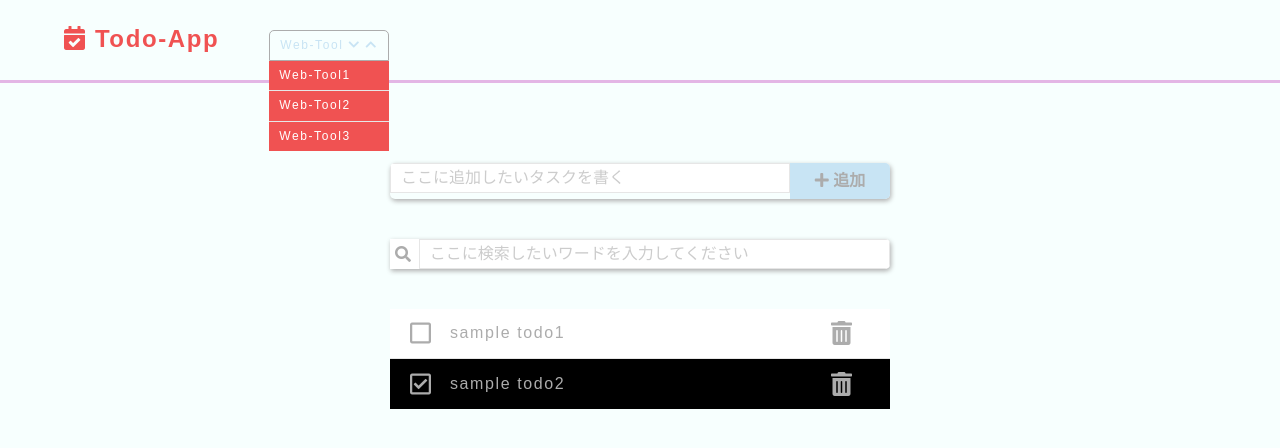
Repository: Hiroshii-m/todo_vue
Page: index.html
An editor plug-in stored every save of this project. The page is shown before and after the next save, followed by the edit.
The browser window is 1280 px wide. The pictures show the whole page.
The style sheet was rebuilt from its Sass, Less or Tailwind sources for each picture, by a compiler version that may differ from the author's.

Above is the page before, as saved 2021-06-26 21:23:10.

### index.html
<!DOCTYPE html>
<html lang="ja">
<head>
    <meta charset="UTF-8">
    <meta http-equiv="X-UA-Compatible" content="IE=edge">
    <meta name="viewport" content="width=device-width, initial-scale=1.0">
    <link rel="stylesheet" href="node_modules/@fortawesome/fontawesome-free/css/all.css">
    <link rel="stylesheet" href="dist/css/style.css">
    <title>TODO APP Vue</title>
</head>
<body class="u-bgColor-base">

    <!-- header -->
    <header id="l-header" class="u-border-bottom">
        <div class="c-header">
            <h2 class="c-header__home">
                <i class="fas fa-calendar-check"></i>
                <a class="c-header__text" href="">Todo-App</a>
            </h2>
            <h3 class="c-header__other">
                <div class="c-header__menu active">
                    Web-Tool
                    <i class="fas fa-chevron-down"></i>
                    <i class="fas fa-chevron-up"></i>
                </div>
                <ul class="c-header__subitem active">
                    <li class="c-header__item">
                        <a href="">Web-Tool1</a>
                    </li>
                    <li class="c-header__item">
                        <a href="">Web-Tool2</a>
                    </li>
                    <li class="c-header__item">
                        <a href="">Web-Tool3</a>
                    </li>
                </ul>
            </h3>
        </div>
    </header><!-- /header -->

    <!-- main -->
    <section id="l-main">
        <div class="c-main">
            <div id="l-addTask">
                <div class="c-addTask">
                    <input type="text" class="c-addTask__input" placeholder="ここに追加したいタスクを書く">
                    <button class="c-addTask__add">
                        <i class="fas fa-plus"></i>
                        追加
                    </button>
                </div>
            </div>
            <div id="l-search">
                <div class="c-search">
                    <i class="fas fa-search c-search__icon"></i>
                    <input type="text" class="c-search__input" placeholder="ここに検索したいワードを入力してください">
                </div>
            </div>
            <div id="l-list">
                <ul class="c-list">
                    <li class="c-list__item">
                        <i class="far fa-square c-list__icon"></i>
                        <span class="c-list__text">sample todo1</span>
                        <i class="fas fa-trash-alt c-list__icon"></i>
                    </li>
                    <li class="c-list__item c-list__item--done">
                        <i class="far fa-check-square c-list__icon"></i>
                        <span class="c-list__text">sample todo2</span>
                        <i class="fas fa-trash-alt c-list__icon"></i>
                    </li>
                </ul>
            </div>
        </div>
    </section><!-- /main -->

</body>
</html>

### src/scss/style.scss

// ======================================
// foundation
// ======================================
@use 'foundation/reset';
@use 'foundation/variables';
@use 'foundation/base';
// ======================================
// layout
// ======================================
#l-header {
    width: 100%;
}
#l-main {
    padding: 80px;
}
#l-addTask {
    margin-bottom: var(--space_3l);
}
#l-search {
    margin-bottom: var(--space_3l);
}
// ======================================
// object
// ======================================
// Component
// **************************************
.c-header {
    width: 90%;
    height: 80px;
    margin: 0 auto;
    display: flex;
    &__home {
        margin-right: 50px;
        font-weight: bold;
        color: var(--color_red);
        font-size: var(--font-size_xl);
        padding: var(--space_xl) 0;
    }
    &__other {
        font-size: var(--font-size_s);
        cursor: pointer;
        margin-top: 30px;
    }
    &__menu {
        padding: var(--space_s) var(--space_m);
        border: 1px solid var(--font-color_default);
        border-radius: 5px;
        &.active {
            border-radius: 5px 5px 0 0;
            color: var(--color_sky);
        }
    }
    &__subitem {
        display: none;
        transition: all .4s;
        &.active {
            display: block;
            transition: all .4s;
        }
    }
    &__item {
        color: #fff;
        background: var(--color_red);
        padding: var(--space_s) var(--space_m);
        border-bottom: 1px solid var(--border-color_default);
        &:last-child {
            border-bottom: none;
        }
        &:hover {
            background: var(--color_pale);
        }
    }
}
.c-main {
    width: var(--site-width_xxl);
    margin: 0 auto;
}
.c-task {
    max-width: 500px;
    margin: 0 auto;
    display: flex;
    &__input {
        height: 100%;
        padding: 5px 10px;
        border: 1px solid var(--border-color_default);
        box-sizing: border-box
    }
    &__icon {
        width: 30px;
        padding: var(--space_s);
    }
}
.c-addTask {
    @extend .c-task;
    border-radius: 5px;
    box-shadow: 1px 2px 5px 0px;
    overflow: hidden;
    &__input {
        @extend .c-task__input;
        width: 80%;
    }
    &__add {
        width: 20%;
        text-align: center;
        background: var(--color_sky);
        padding: var(--space_s) var(--space_m);
        font-weight: bold;
    }
}
.c-search {
    @extend .c-task;
    border-radius: 0 5px 5px 0;
    box-shadow: 1px 2px 5px 0px;
    overflow: hidden;
    background: #fff;
    align-items: center;
    &__icon {
        @extend .c-task__icon;
    }
    &__input {
        @extend .c-task__input;
    }
}
.c-list {
    &__item {
        @extend .c-task;
        height: 50px;
        background: #fff;
        padding: var(--space_s) var(--space_l);
        border-bottom: 1px solid var(--border-color_default);
        align-items: center;
        &:last-child {
            border-bottom: none;
        }
        &--done {
            background: #000;
        }
    }
    &__icon {
        @extend .c-task__icon;
        font-size: var(--font-size_xl);
    }
    &__text {
        width: 80%;
        margin-left: var(--space_l);
        cursor: pointer;
    }
}
// Project
// **************************************
// Utility
// **************************************
.u-border {
    &-bottom {
        border-bottom: 3px solid var(--color_accent);
    }
}
.u-bgColor {
    &-base {
        background: var(--color_base);
    }
}

### src/scss/foundation/_variables.scss
:root {
    --font-color_default: #acacac;
    --color_base: #F7FFFE;
    --color_accent: #E3B6E5;
    --color_sky: #C8E4F4;
    --color_red: #F05252;
    --border-color_default: #E6E6E6;
    --color_pale: #FCBAAE;


    --site-width_xxl: 980px;
    --site-width_xl: 780px;
    --site-width_md: 580px;
    --site-width_ms: 414px;

    --font-size_s: 12px;
    --font-size_m: 14px;
    --font-size_default: 16px;
    --font-size_l: 18px;
    --font-size_xl: 24px;
    --font-size_xxl: 28px;
    --font-size_3l: 38px;


    --space_s: 5px;
    --space_m: 10px;
    --space_l: 15px;
    --space_xl: 20px;
    --space_xxl: 30px;
    --space_3l: 40px;

    --font-family_default: "メイリオ", sans-serif;
}

### src/scss/foundation/_base.scss
html, body {
    width: 100%;
    color: var(--font-color_default);
    line-height: 1.6;
    font-family: var(--font-family_default);
    letter-spacing: 0.1em;
}

p, a {
    -webkit-font-smoothing: antialiased;
}

img {
    width: 100%;
    height: 100%;
    vertical-align: bottom;
    object-fit: cover;
}

input {
    display: block;
    width: 100%;
    background: #fff;
}

textarea {
    resize: vertical;
    height: 30px;
}

::placeholder {
    color: #ccc;
}

iframe {
    width: 100%;
}

i {
    cursor: pointer;
}

Loaded but not shown: node_modules/@fortawesome/fontawesome-free/css/all.css (library); src/scss/foundation/_reset.scss (common file)

After the next save:
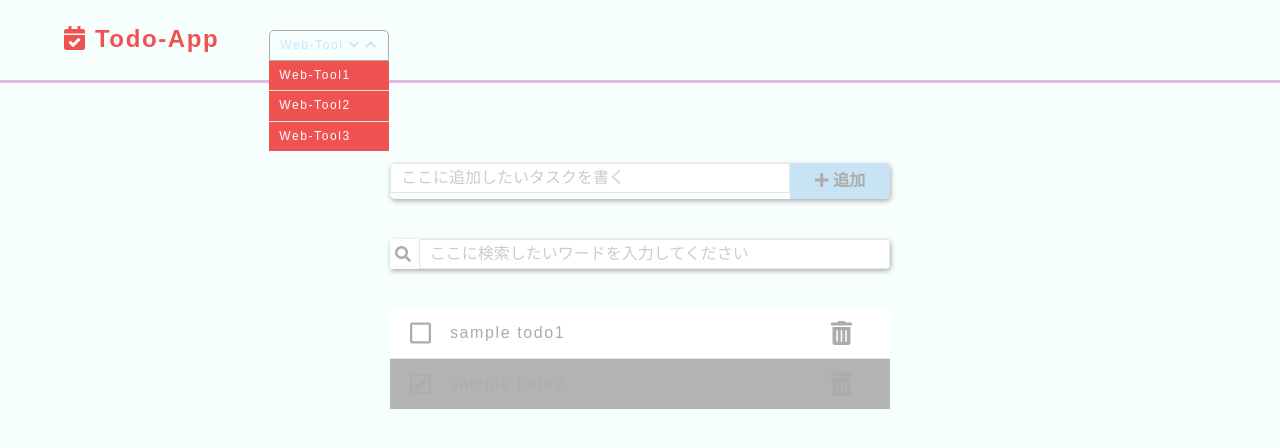
Saved 40 s later.
--- a/src/scss/style.scss
+++ b/src/scss/style.scss
@@ -134,7 +134,7 @@
             border-bottom: none;
         }
         &--done {
-            background: #000;
+            background: rgb(179, 179, 179);
         }
     }
     &__icon {
